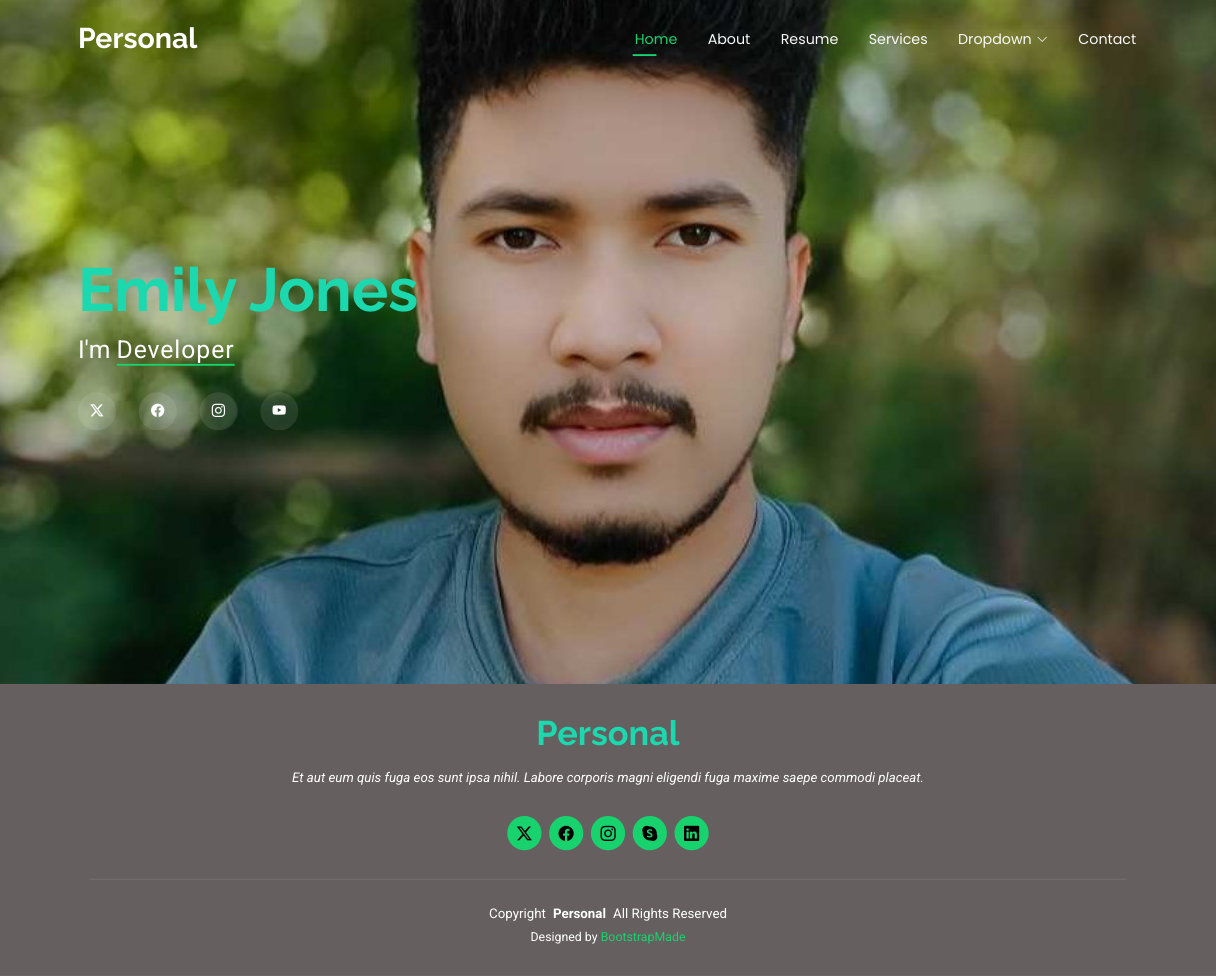
Repository: Mohanoli/mohan-git
Page: index.html
These files come from the project's save history. The page is drawn as it stood at one moment and after the next save; the edit follows.
The browser window is 1280 px wide. The pictures show the whole page, at 95% of full size.

Above is the page before, as saved 2024-08-09 19:20:52.

### index.html
<!DOCTYPE html>
<html lang="en">

<head>
  <meta charset="utf-8">
  <meta content="width=device-width, initial-scale=1.0" name="viewport">
  <title>Index - Personal Bootstrap Template</title>
  <meta name="description" content="">
  <meta name="keywords" content="">

  <!-- Favicons -->
  <link href="assets/img/favicon.png" rel="icon">
  <link href="assets/img/apple-touch-icon.png" rel="apple-touch-icon">

  <!-- Fonts -->
  <link href="https://fonts.googleapis.com" rel="preconnect">
  <link href="https://fonts.gstatic.com" rel="preconnect" crossorigin>
  <link href="https://fonts.googleapis.com/css2?family=Roboto:ital,wght@0,100;0,300;0,400;0,500;0,700;0,900;1,100;1,300;1,400;1,500;1,700;1,900&family=Poppins:ital,wght@0,100;0,200;0,300;0,400;0,500;0,600;0,700;0,800;0,900;1,100;1,200;1,300;1,400;1,500;1,600;1,700;1,800;1,900&family=Raleway:ital,wght@0,100;0,200;0,300;0,400;0,500;0,600;0,700;0,800;0,900;1,100;1,200;1,300;1,400;1,500;1,600;1,700;1,800;1,900&display=swap" rel="stylesheet">

  <!-- Vendor CSS Files -->
  <link href="assets/vendor/bootstrap/css/bootstrap.min.css" rel="stylesheet">
  <link href="assets/vendor/bootstrap-icons/bootstrap-icons.css" rel="stylesheet">
  <link href="assets/vendor/aos/aos.css" rel="stylesheet">
  <link href="assets/vendor/swiper/swiper-bundle.min.css" rel="stylesheet">
  <link href="assets/vendor/glightbox/css/glightbox.min.css" rel="stylesheet">

  <!-- Main CSS File -->
  <link href="assets/css/main.css" rel="stylesheet">

  <!-- =======================================================
  * Template Name: Personal
  * Template URL: https://bootstrapmade.com/personal-free-resume-bootstrap-template/
  * Updated: Aug 07 2024 with Bootstrap v5.3.3
  * Author: BootstrapMade.com
  * License: https://bootstrapmade.com/license/
  ======================================================== -->
</head>

<body class="index-page">

  <header id="header" class="header d-flex align-items-center fixed-top">
    <div class="container-fluid container-xl position-relative d-flex align-items-center justify-content-between">

      <a href="index.html" class="logo d-flex align-items-center">
        <!-- Uncomment the line below if you also wish to use an image logo -->
        <!-- <img src="assets/img/logo.png" alt=""> -->
        <h1 class="sitename">Personal</h1>
      </a>

      <nav id="navmenu" class="navmenu">
        <ul>
          <li><a href="index.html" class="active">Home</a></li>
          <li><a href="about.html">About</a></li>
          <li><a href="resume.html">Resume</a></li>
          <li><a href="services.html">Services</a></li>

          <li class="dropdown"><a href="#"><span>Dropdown</span> <i class="bi bi-chevron-down toggle-dropdown"></i></a>
            <ul>
              <li><a href="#">Dropdown 1</a></li>
              <li class="dropdown"><a href="#"><span>Deep Dropdown</span> <i class="bi bi-chevron-down toggle-dropdown"></i></a>
                <ul>
                  <li><a href="#">Deep Dropdown 1</a></li>
                  <li><a href="#">Deep Dropdown 2</a></li>
                  <li><a href="#">Deep Dropdown 3</a></li>
                  <li><a href="#">Deep Dropdown 4</a></li>
                  <li><a href="#">Deep Dropdown 5</a></li>
                </ul>
              </li>
              <li><a href="#">Dropdown 2</a></li>
              <li><a href="#">Dropdown 3</a></li>
              <li><a href="#">Dropdown 4</a></li>
            </ul>
          </li>
          <li><a href="contact.html">Contact</a></li>
        </ul>
        <i class="mobile-nav-toggle d-xl-none bi bi-list"></i>
      </nav>

    </div>
  </header>

  <main class="main">

    <!-- Hero Section -->
    <section id="hero" class="hero section dark-background">

      <img src="assets/img/hero-bg.jpg" alt="" data-aos="fade-in">

      <div class="container" data-aos="zoom-out" data-aos-delay="100">
        <h2>Emily Jones</h2>
        <p>I'm <span class="typed" data-typed-items="Designer, Developer, Freelancer, Photographer">Photographer</span><span class="typed-cursor typed-cursor--blink"></span></p>
        <div class="social-links">
          <a href="#"><i class="bi bi-twitter-x"></i></a>
          <a href="#"><i class="bi bi-facebook"></i></a>
          <a href="#"><i class="bi bi-instagram"></i></a>
          <a href="#"><i class="bi bi-youtube"></i></a>
        </div>
      </div>

    </section><!-- /Hero Section -->

  </main>

  <footer id="footer" class="footer dark-background">
    <div class="container">
      <h3 class="sitename">Personal</h3>
      <p>Et aut eum quis fuga eos sunt ipsa nihil. Labore corporis magni eligendi fuga maxime saepe commodi placeat.</p>
      <div class="social-links d-flex justify-content-center">
        <a href=""><i class="bi bi-twitter-x"></i></a>
        <a href=""><i class="bi bi-facebook"></i></a>
        <a href=""><i class="bi bi-instagram"></i></a>
        <a href=""><i class="bi bi-skype"></i></a>
        <a href=""><i class="bi bi-linkedin"></i></a>
      </div>
      <div class="container">
        <div class="copyright">
          <span>Copyright</span> <strong class="px-1 sitename">Personal</strong> <span>All Rights Reserved</span>
        </div>
        <div class="credits">
          <!-- All the links in the footer should remain intact. -->
          <!-- You can delete the links only if you've purchased the pro version. -->
          <!-- Licensing information: https://bootstrapmade.com/license/ -->
          <!-- Purchase the pro version with working PHP/AJAX contact form: [buy-url] -->
          Designed by <a href="https://bootstrapmade.com/">BootstrapMade</a>
        </div>
      </div>
    </div>
  </footer>

  <!-- Scroll Top -->
  <a href="#" id="scroll-top" class="scroll-top d-flex align-items-center justify-content-center"><i class="bi bi-arrow-up-short"></i></a>

  <!-- Preloader -->
  <div id="preloader"></div>

  <!-- Vendor JS Files -->
  <script src="assets/vendor/bootstrap/js/bootstrap.bundle.min.js"></script>
  <script src="assets/vendor/php-email-form/validate.js"></script>
  <script src="assets/vendor/aos/aos.js"></script>
  <script src="assets/vendor/typed.js/typed.umd.js"></script>
  <script src="assets/vendor/purecounter/purecounter_vanilla.js"></script>
  <script src="assets/vendor/waypoints/noframework.waypoints.js"></script>
  <script src="assets/vendor/swiper/swiper-bundle.min.js"></script>
  <script src="assets/vendor/glightbox/js/glightbox.min.js"></script>
  <script src="assets/vendor/imagesloaded/imagesloaded.pkgd.min.js"></script>
  <script src="assets/vendor/isotope-layout/isotope.pkgd.min.js"></script>

  <!-- Main JS File -->
  <script src="assets/js/main.js"></script>

</body>

</html>

Loaded but not shown: assets/vendor/bootstrap/css/bootstrap.min.css (library); assets/vendor/bootstrap-icons/bootstrap-icons.css (library); assets/vendor/aos/aos.css (library); assets/vendor/swiper/swiper-bundle.min.css (library); assets/vendor/glightbox/css/glightbox.min.css (library); assets/vendor/bootstrap/js/bootstrap.bundle.min.js (library); assets/vendor/php-email-form/validate.js (common file); assets/vendor/aos/aos.js (library); assets/vendor/typed.js/typed.umd.js (library); assets/vendor/purecounter/purecounter_vanilla.js (library); assets/vendor/waypoints/noframework.waypoints.js (library); assets/vendor/swiper/swiper-bundle.min.js (library); assets/vendor/glightbox/js/glightbox.min.js (library); assets/vendor/imagesloaded/imagesloaded.pkgd.min.js (library); assets/vendor/isotope-layout/isotope.pkgd.min.js (library); assets/js/main.js (202 lines, source omitted); assets/css/main.css (1476 lines, source omitted)

After the next save:
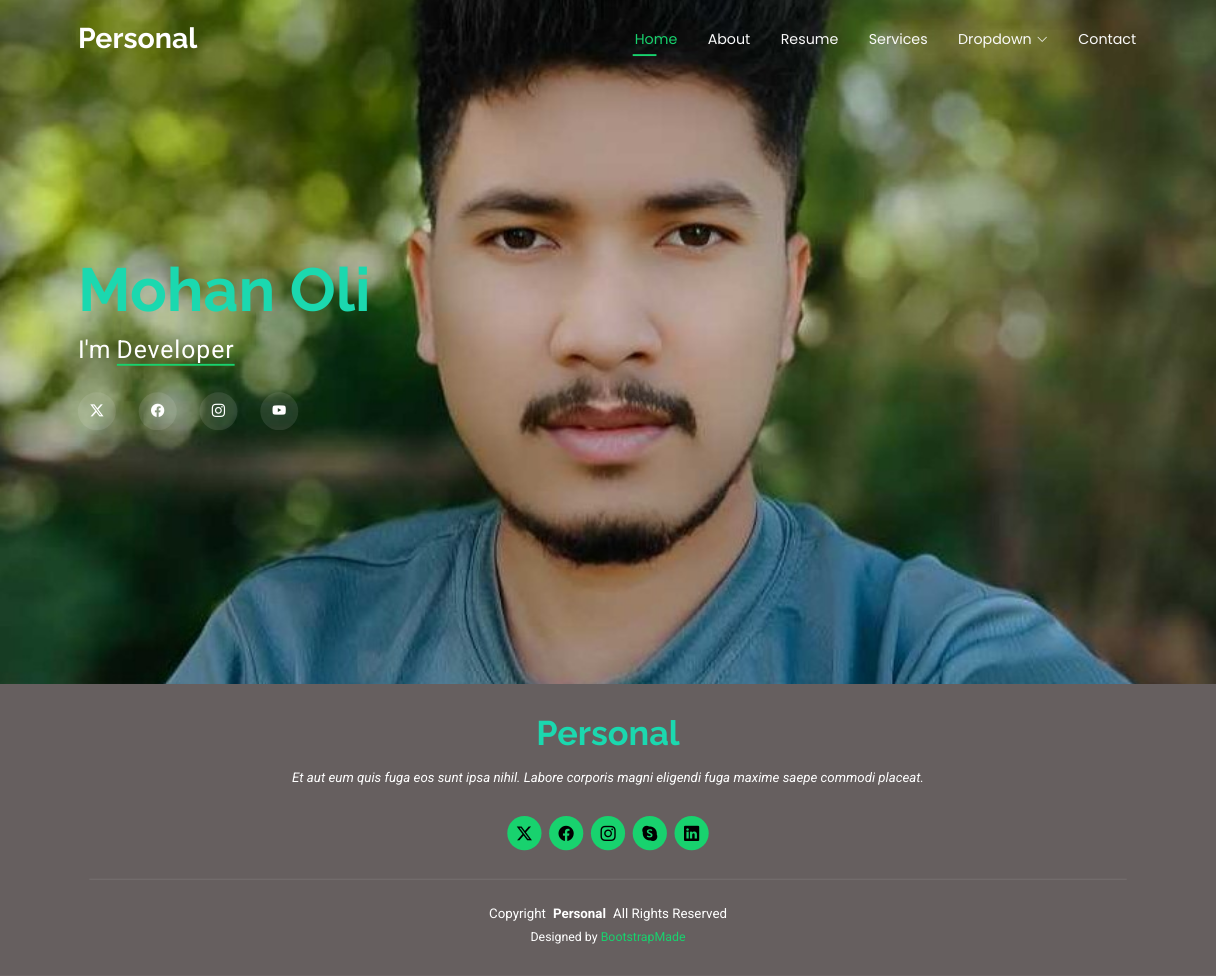
Saved 38 h 57 min later.
--- a/index.html
+++ b/index.html
@@ -87,7 +87,7 @@
       <img src="assets/img/hero-bg.jpg" alt="" data-aos="fade-in">
 
       <div class="container" data-aos="zoom-out" data-aos-delay="100">
-        <h2>Emily Jones</h2>
+        <h2>Mohan Oli</h2>
         <p>I'm <span class="typed" data-typed-items="Designer, Developer, Freelancer, Photographer">Photographer</span><span class="typed-cursor typed-cursor--blink"></span></p>
         <div class="social-links">
           <a href="#"><i class="bi bi-twitter-x"></i></a>
